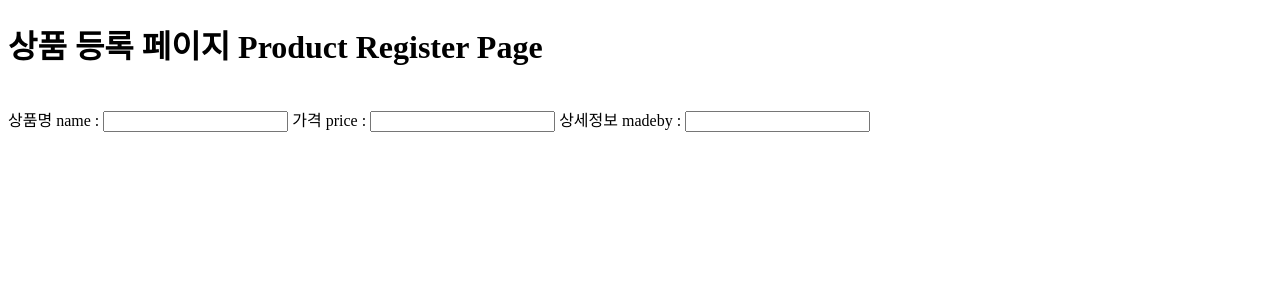
Repository: jungeunpark980906/back.jsp_study
Page: http://localhost/jsp_study/register.jsp
The author's editor kept a copy of each file at every save. The page is drawn from the files as they stood at one save, then again after the next save.
The browser window is 1280 px wide. The pictures show the whole page.
The page is served by Tomcat 9.

Above is the page before, as saved 2023-05-11 01:20:37.

After the next save:
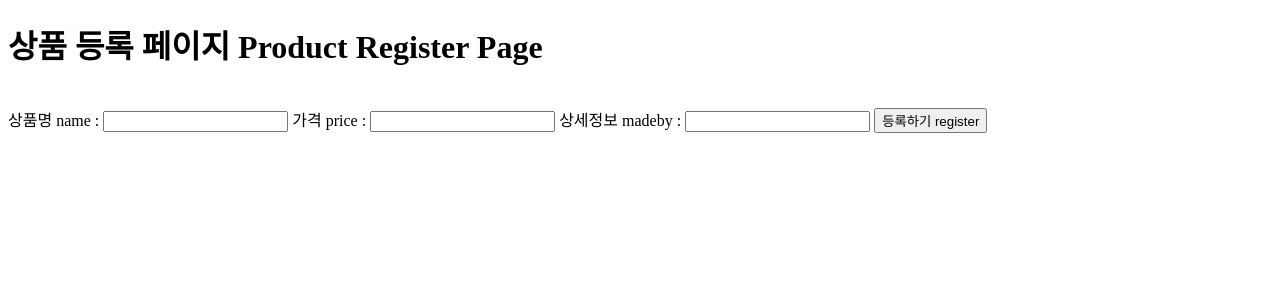
Saved 63 s later.
--- a/jsp_project1/jsp_study/src/main/webapp/register.jsp
+++ b/jsp_project1/jsp_study/src/main/webapp/register.jsp
@@ -14,6 +14,8 @@
 		상품명 name : <input type="text" name="pname">
 		가격 price : <input type="text" name="price">
 		상세정보 madeby : <input type="text" name="madeby">
+
+		<button type="submit">등록하기 register</button>
 	</form>
 </body>
 </html>
